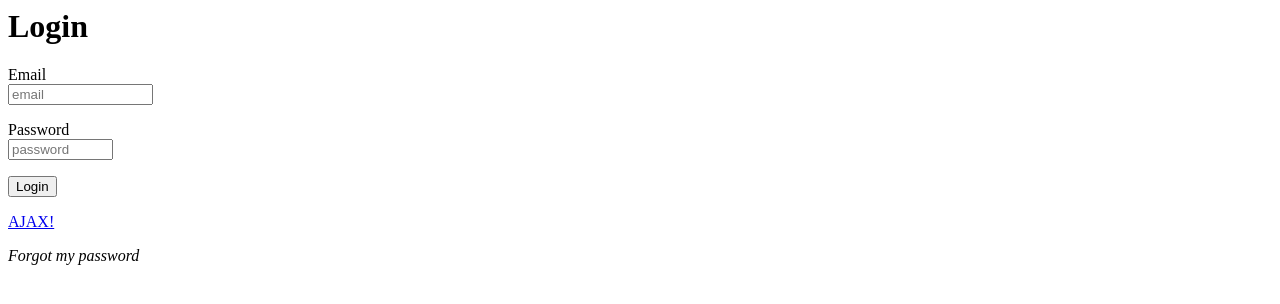
Repository: WillLiang918/Portfolio
Page: Task_Manager/WebContent/login.html
An editor plug-in stored every save of this project. The page is shown before and after the next save, followed by the edit.
The browser window is 1280 px wide. The pictures show the whole page.

Above is the page before, as saved 2015-07-22 19:19:32.

### Task_Manager/WebContent/login.html
<html>
<head>
<title>Login</title>
</head>

<body>
<h1>Login</h1>
<form action="UserLoginServlet" method="GET">
	<p>Email<br>
	<input type="text" name="email" placeholder="email" size="15" maxlength="20"/></p>
	<p>Password<br>
	<input type="password" name="password" placeholder="password" size="10" maxlength="20"/></p>
	<p><input type="submit" name="submit" value="Login"/></p>

	<a href="ForgotPassword.jsp" title="AJAX!">AJAX!</a>

	<p><i>Forgot my password</i></p>
</form>
</body>
</html>

After the next save:
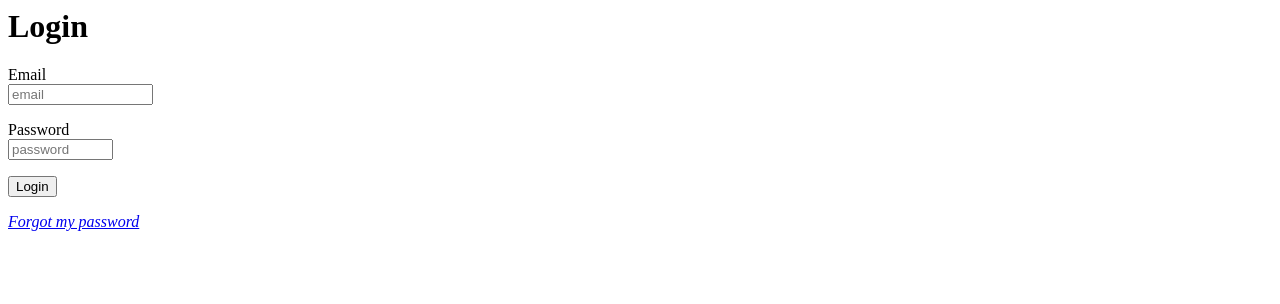
Saved 34 s later.
--- a/Task_Manager/WebContent/login.html
+++ b/Task_Manager/WebContent/login.html
@@ -12,9 +12,9 @@
 	<input type="password" name="password" placeholder="password" size="10" maxlength="20"/></p>
 	<p><input type="submit" name="submit" value="Login"/></p>
 
-	<a href="ForgotPassword.jsp" title="AJAX!">AJAX!</a>
+	<a href="ForgotPassword.jsp" title="AJAX!"><p><i>Forgot my password</i></p></a>
 
-	<p><i>Forgot my password</i></p>
+
 </form>
 </body>
 </html>
